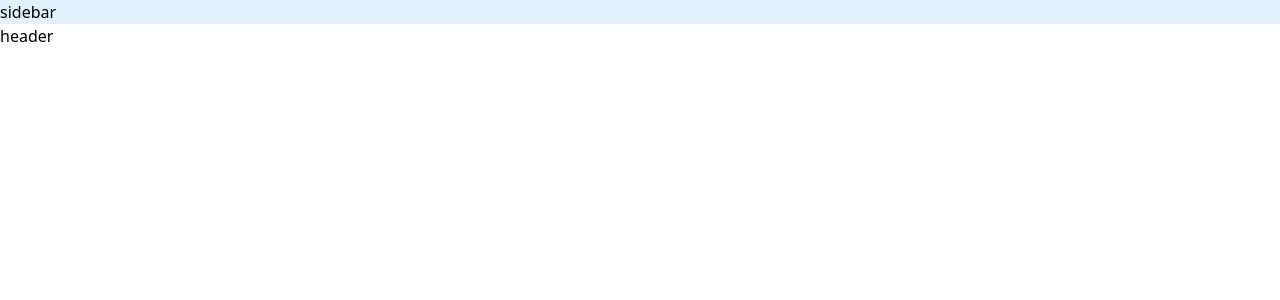
Repository: Mayar2222/Dashboard
Page: /
The author's editor kept a copy of each file at every save. The page is drawn from the files as they stood at one save, then again after the next save.
The browser window is 1280 px wide. The pictures show the whole page.
The project was rebuilt for these pictures with package versions that can differ from the ones it lists, and the page was loaded fresh each time. Also part of the build but not shown: src/components/Dashboard.jsx.

Above is the page before, as saved 2024-07-17 20:08:31.

### src/App.jsx
import { Route, BrowserRouter as Router, Routes } from "react-router-dom";
import Dashboard from "./components/Dashboard";
import Layout from "./components/shared/Layout";

function App() {
  return (
      <Router>
      <Routes>
        <Route path="/"  element={<Layout/>}>
          <Route index  element={<Dashboard/>}/>
          <Route path=""  element={<Layout/>}/>

        </Route>
      </Routes>
      </Router>
  );
}

export default App;

### src/components/shared/Layout.jsx
import React from 'react'
import { Outlet } from 'react-router-dom'
export default function Layout() {
  return (
    <div>
      <div  className='bg-sky-100'>sidebar</div>
      <div>header</div>
      <div>{Outlet}</div>
    </div>
  )
}

Loaded but not shown: public/index.html (common file); src/index.js (common file); src/index.css (common file); tailwind.config.js (common file)

After the next save:
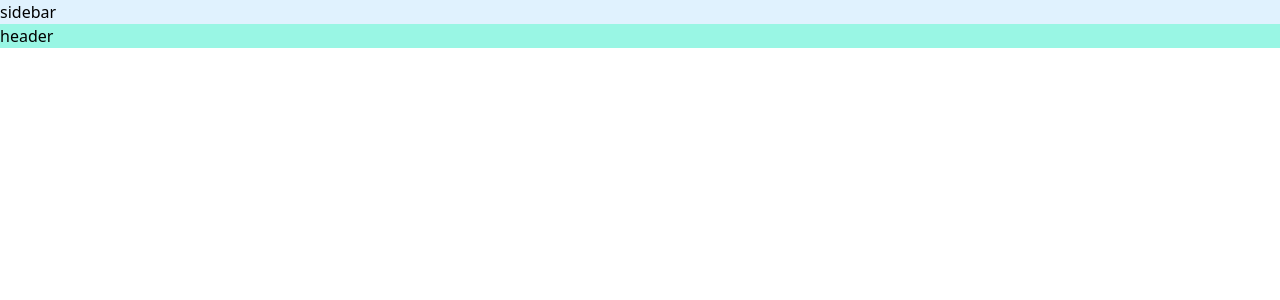
Saved 11 s later.
--- a/src/components/shared/Layout.jsx
+++ b/src/components/shared/Layout.jsx
@@ -4,7 +4,7 @@ export default function Layout() {
   return (
     <div>
       <div  className='bg-sky-100'>sidebar</div>
-      <div>header</div>
+      <div className='bg-teal-200'>header</div>
       <div>{Outlet}</div>
     </div>
   )
